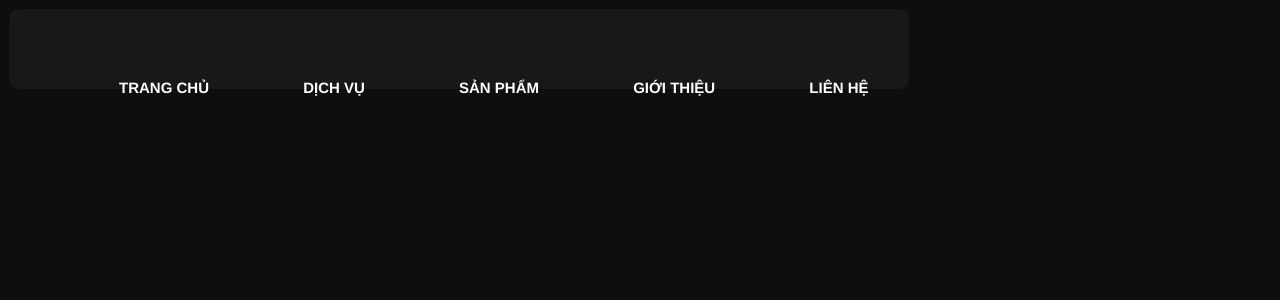
Repository: andytrn0/ElectronJS
Page: GUI/index.html
These files come from the project's save history. The page is drawn as it stood at one moment and after a run of saves; the edit follows.
The browser window is 1280 px wide. The pictures show the whole page.

Above is the page before, as saved 2024-10-15 14:45:21.

### GUI/index.html
<!DOCTYPE html>
<html>
  <head>
    <title>Trang chủ </title>
    <link rel="stylesheet" href="../CSS/index.css">
  </head>

<body>
  <div id="menu">
    <ul>
      <li><a href="#">Trang chủ</a></li>
      <li><a href="#">Dịch vụ</a></li>
      <li><a href="#">Sản phẩm</a></li>
      <li><a href="#">Giới thiệu</a></li>
      <li><a href="#">Liên hệ</a></li>
    </ul>
  </div>
</body>

</html>

### CSS/index.css
body
{
    background-color:rgb(12, 14, 16)
}
#menu
{
 width: 900px;
 border: 1px solid #0d0c0c;
 height: 80px;
 background-color: #181818;
 font-family: Helvetica,Arial, sans-serif;
 font-size: 15px;
 font-weight: bold;
 border-radius: 10px;
 -moz-border-radius: 10px;
 -webkit-border-radius: 10px;
}
#menu ul
{
  margin-top:  30px;
}
#menu ul li {
    list-style-type: none;
    display: inline-block; /* Thay đổi từ inline sang inline-block */
    margin-left: 50px;
  }

#menu ul li a:link
{
   color: #FFF;
   text-decoration: none;
   text-transform: uppercase;
   padding-top: 40px;
   padding-bottom: 40px;
   padding-left: 20px;
   padding-right: 20px;
}

#menu ul li a:visited
{
   color: #FFF;
   text-decoration: none;
   text-transform: uppercase;
}

#menu ul li a {
    position: relative; /* Đặt vị trí tương đối để sử dụng cho phần tử giả (pseudo-element) */
    display: inline-block; /* Thay đổi thành inline-block để không chiếm toàn bộ chiều rộng */
    padding: 40px 20px; /* Đặt padding cho cả trên/bên dưới và trái/phải */
}
#menu ul li a:after {
    content: ''; /* Tạo ra một phần tử ảo */
    position: absolute;
    bottom: 0; /* Đặt vị trí của gạch dưới ở dưới cùng */
    left: 0; /* Đặt từ bên trái */
    width: 100%; /* Độ dài ban đầu là 100% */
    height: 2px; /* Độ dày của đường gạch dưới */
    background: #FFF; /* Màu sắc của đường gạch dưới */
    -webkit-transform: scaleX(0); /* Ban đầu sẽ không hiển thị (thu nhỏ lại) */
    transform: scaleX(0);
    -webkit-transform-origin: right center; /* Điểm bắt đầu từ phải */
    transform-origin: right center;
    -webkit-transition: -webkit-transform .6s cubic-bezier(.19,1,.22,1); /* Hiệu ứng mở rộng */
    transition: -webkit-transform .6s cubic-bezier(.19,1,.22,1);
    transition: transform .6s cubic-bezier(.19,1,.22,1);
    transition: transform .6s cubic-bezier(.19,1,.22,1), -webkit-transform .6s cubic-bezier(.19,1,.22,1);
}

#menu ul li a:hover:after {
    -webkit-transform: scaleX(1); /* Khi hover, gạch dưới mở rộng 100% */
    transform: scaleX(1);
    -webkit-transform-origin: left center; /* Điểm bắt đầu thu lại từ trái */
    transform-origin: left center;
}

After the next 2 saves:
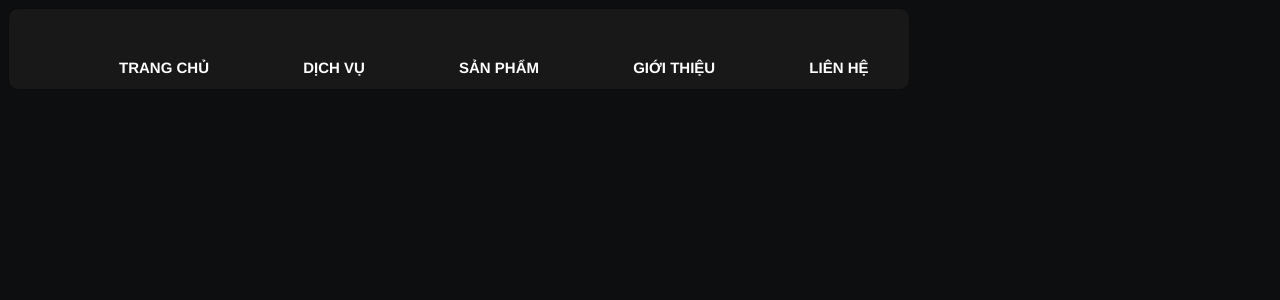
The 2 saves are shown as one change because they came seconds apart.
The last was saved 80 s later.
--- a/CSS/index.css
+++ b/CSS/index.css
@@ -30,7 +30,7 @@
    color: #FFF;
    text-decoration: none;
    text-transform: uppercase;
-   padding-top: 40px;
+   padding-top: 20px;
    padding-bottom: 40px;
    padding-left: 20px;
    padding-right: 20px;
